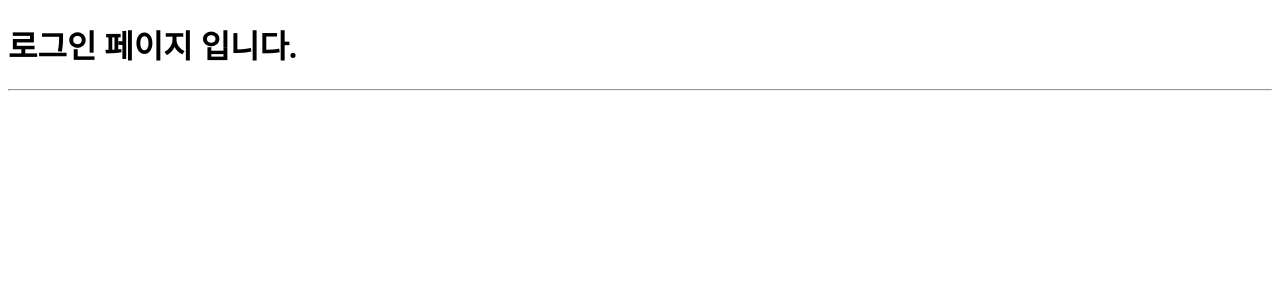
Repository: gouthiki90/web
Page: first1/src/main/webapp/post/list.html
These files come from the project's save history. The page is drawn as it stood at one moment and after the next save; the edit follows.
The browser window is 1280 px wide. The pictures show the whole page.

Above is the page before, as saved 2022-02-22 03:23:05.

### first1/src/main/webapp/post/list.html
<!DOCTYPE html>
<html>
<head>
<meta charset="UTF-8">
<title>Insert title here</title>
</head>
<body>
<h1>로그인 페이지 입니다.</h1>
<hr />
</body>
</html>

After the next save:
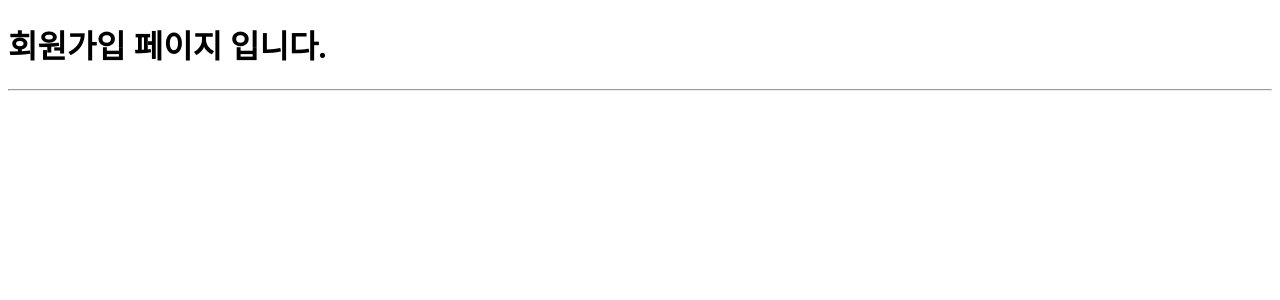
Saved 36 s later.
--- a/first1/src/main/webapp/post/list.html
+++ b/first1/src/main/webapp/post/list.html
@@ -5,7 +5,7 @@
 <title>Insert title here</title>
 </head>
 <body>
-<h1>로그인 페이지 입니다.</h1>
+<h1>회원가입 페이지 입니다.</h1>
 <hr />
 </body>
 </html>
